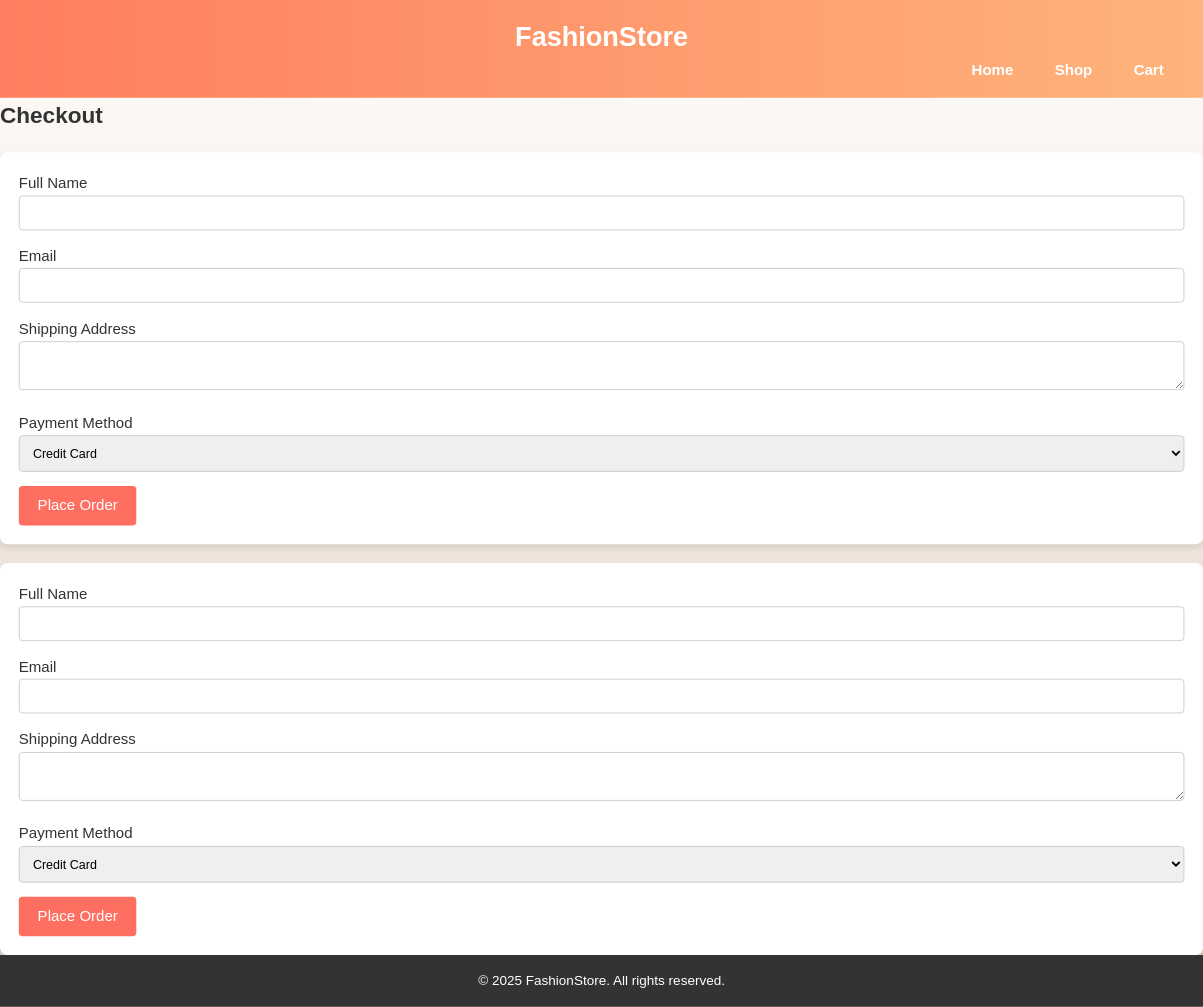
Repository: Patience225/ecommerce-app
Page: checkout.html
An editor plug-in stored every save of this project. The page is shown before and after a run of saves, followed by the edit.
The browser window is 1280 px wide. The pictures show the whole page, at 94% of full size.

Above is the page before, as saved 2025-01-28 02:23:15.

After the next 3 saves:
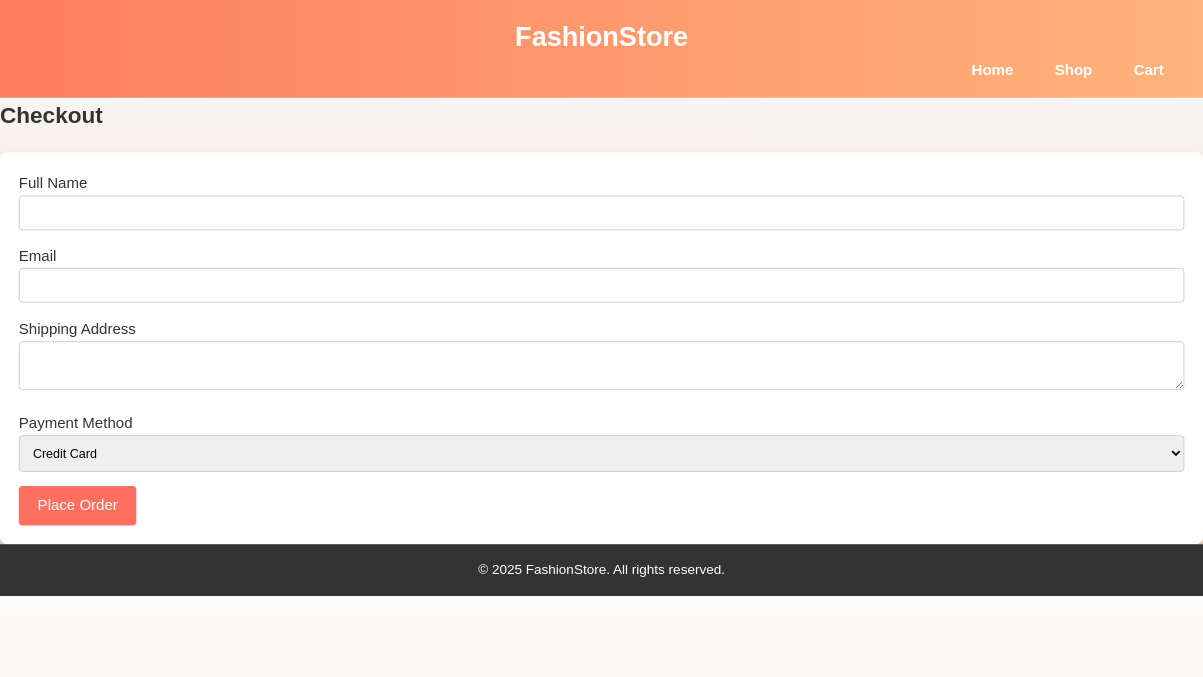
The 3 saves are shown as one change because they came seconds apart.
The last was saved 8 min 46 s later.
--- a/checkout.html
+++ b/checkout.html
@@ -45,32 +45,6 @@
       </form>
     </section>
   </main>
-<!-- Same structure as previous checkout page -->
-<form id="checkout-form" novalidate>
-  <div class="checkout-details">
-    <label for="name">Full Name</label>
-    <input type="text" id="name" name="name" required>
-    <span class="error-message" id="name-error"></span>
-
-    <label for="email">Email</label>
-    <input type="email" id="email" name="email" required>
-    <span class="error-message" id="email-error"></span>
-
-    <label for="address">Shipping Address</label>
-    <textarea id="address" name="address" required></textarea>
-    <span class="error-message" id="address-error"></span>
-
-    <label for="payment-method">Payment Method</label>
-    <select id="payment-method" name="payment-method" required>
-      <option value="credit-card">Credit Card</option>
-      <option value="paypal">PayPal</option>
-      <option value="bank-transfer">Bank Transfer</option>
-    </select>
-    <span class="error-message" id="payment-error"></span>
-
-    <button type="submit" class="checkout-button">Place Order</button>
-  </div>
-</form>
 
   <footer>
     <p>&copy; 2025 FashionStore. All rights reserved.</p>
